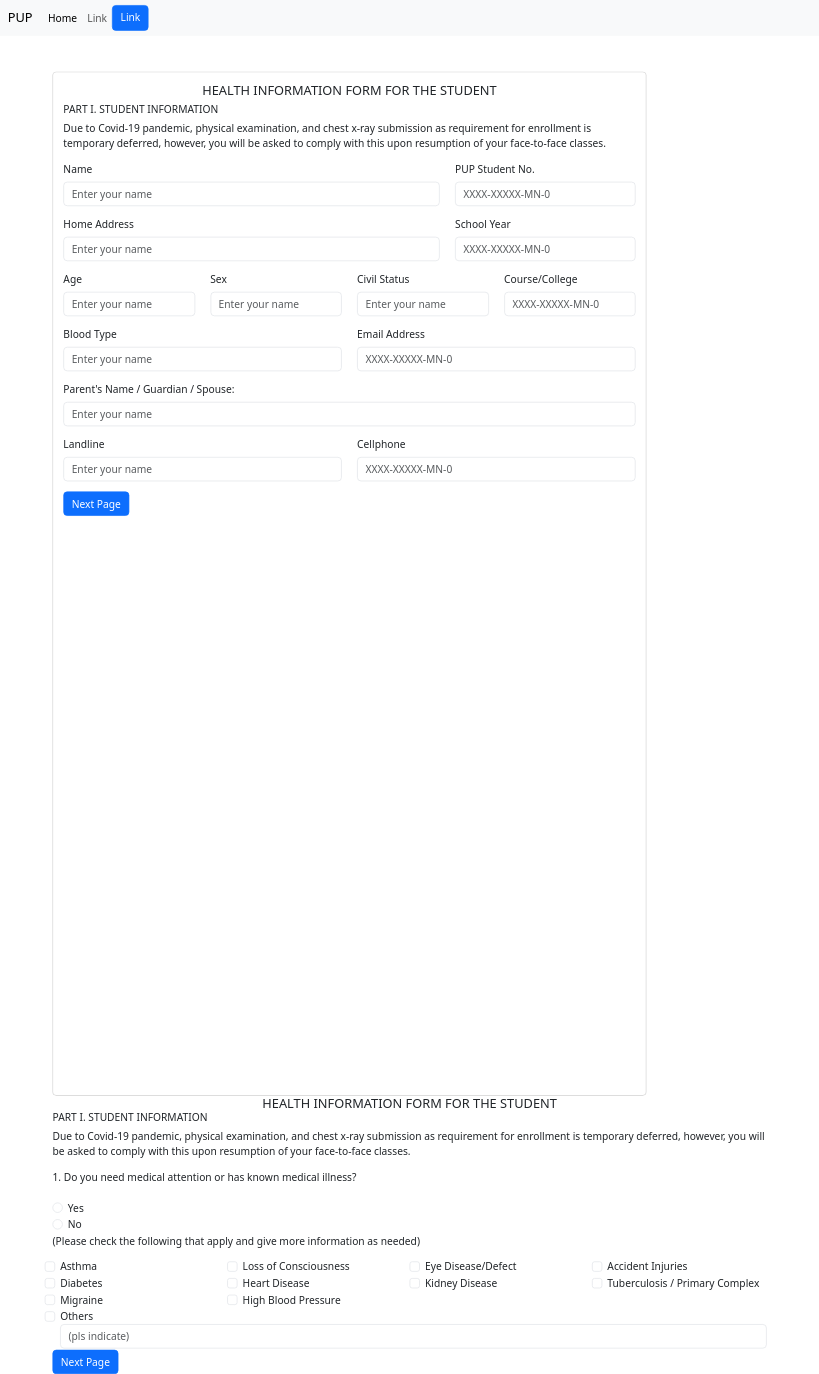
Repository: Nicktacku/webdev
Page: form.html
These files come from the project's save history. The page is drawn as it stood at one moment and after the next save; the edit follows.
The browser window is 1280 px wide. The pictures show the whole page, at 64% of full size.

Above is the page before, as saved 2024-07-15 18:41:49.

### form.html
<!DOCTYPE html>
<html lang="en">
  <head>
    <meta charset="UTF-8" />
    <meta name="viewport" content="width=device-width, initial-scale=1.0" />
    <title>Document</title>
    <link
      href="https://cdn.jsdelivr.net/npm/bootstrap@5.3.3/dist/css/bootstrap.min.css"
      rel="stylesheet"
      integrity="sha384-QWTKZyjpPEjISv5WaRU9OFeRpok6YctnYmDr5pNlyT2bRjXh0JMhjY6hW+ALEwIH"
      crossorigin="anonymous"
    />
  </head>
  <body>
    <!-- Navbar -->
    <nav class="navbar navbar-expand-lg bg-body-tertiary">
        <div class="container-fluid">
          <a class="navbar-brand" href="#">PUP</a>
          <button
            class="navbar-toggler"
            type="button"
            data-bs-toggle="collapse"
            data-bs-target="#navbarSupportedContent"
            aria-controls="navbarSupportedContent"
            aria-expanded="false"
            aria-label="Toggle navigation"
          >
            <span class="navbar-toggler-icon"></span>
          </button>
          <div class="collapse navbar-collapse" id="navbarSupportedContent">
            <ul class="navbar-nav me-auto mb-2 mb-lg-0">
              <li class="nav-item">
                <a class="nav-link active" aria-current="page" href="#">Home</a>
              </li>
              <li class="nav-item">
                <a class="nav-link" href="#">Link</a>
              </li>

              <a class="btn btn-primary" href="form.html" role="button">Link</a>
          </div>
        </div>
      </nav>

    <div
      class="container mt-2 pt-5"
    >


    <div class="card" style="width: 58rem; height: 100rem">

        <!-- section 1 -->
        <div class="card-body" id="section-1">
          <h5 class="card-title d-flex justify-content-center">HEALTH INFORMATION FORM FOR THE STUDENT</h5>
          <h6 class="card-text">PART I. STUDENT INFORMATION</h6>
          <p class="card-text">Due to Covid-19 pandemic, physical examination, and chest x-ray submission as requirement for enrollment is
            temporary deferred, however, you will be asked to comply with this upon resumption of your face-to-face classes.</p>

            <div class="row">
                <div class="col-8">
                    <div class="mb-3">
                        <label for="name" class="form-label">Name</label>
                        <input type="text" class="form-control" id="name-input" placeholder="Enter your name">
                      </div>
                </div>
                <div class="col">
                    <div class="mb-3">
                        <label for="name" class="form-label">PUP Student No.</label>
                        <input type="text" class="form-control" id="name-input" placeholder="XXXX-XXXXX-MN-0">
                      </div>
                </div>
            </div>

            <div class="row">
                <div class="col-8">
                    <div class="mb-3">
                        <label for="name" class="form-label">Home Address</label>
                        <input type="text" class="form-control" id="name-input" placeholder="Enter your name">
                      </div>
                </div>
                <div class="col">
                    <div class="mb-3">
                        <label for="name" class="form-label">School Year</label>
                        <input type="text" class="form-control" id="name-input" placeholder="XXXX-XXXXX-MN-0">
                      </div>
                </div>
            </div>

            <div class="row">
                <div class="col-3">
                    <div class="mb-3">
                        <label for="name" class="form-label">Age</label>
                        <input type="text" class="form-control" id="name-input" placeholder="Enter your name">
                      </div>
                </div>
                <div class="col-3">
                    <div class="mb-3">
                        <label for="name" class="form-label">Sex</label>
                        <input type="text" class="form-control" id="name-input" placeholder="Enter your name">
                      </div>
                </div>
                <div class="col-3">
                    <div class="mb-3">
                        <label for="name" class="form-label">Civil Status</label>
                        <input type="text" class="form-control" id="name-input" placeholder="Enter your name">
                      </div>
                </div>
                <div class="col">
                    <div class="mb-3">
                        <label for="name" class="form-label">Course/College</label>
                        <input type="text" class="form-control" id="name-input" placeholder="XXXX-XXXXX-MN-0">
                      </div>
                </div>
            </div>

            <div class="row">
                <div class="col-6">
                    <div class="mb-3">
                        <label for="name" class="form-label">Blood Type</label>
                        <input type="text" class="form-control" id="name-input" placeholder="Enter your name">
                      </div>
                </div>
                <div class="col">
                    <div class="mb-3">
                        <label for="name" class="form-label">Email Address</label>
                        <input type="text" class="form-control" id="name-input" placeholder="XXXX-XXXXX-MN-0">
                      </div>
                </div>
            </div>

            <div class="row">
                <div class="col">
                    <div class="mb-3">
                        <label for="name" class="form-label">Parent's Name / Guardian / Spouse:</label>
                        <input type="text" class="form-control" id="name-input" placeholder="Enter your name">
                      </div>
                </div>
            </div>

            <div class="row">
                <div class="col-6">
                    <div class="mb-3">
                        <label for="name" class="form-label">Landline</label>
                        <input type="text" class="form-control" id="name-input" placeholder="Enter your name">
                      </div>
                </div>
                <div class="col">
                    <div class="mb-3">
                        <label for="name" class="form-label">Cellphone</label>
                        <input type="text" class="form-control" id="name-input" placeholder="XXXX-XXXXX-MN-0">
                      </div>
                </div>
            </div>

          <a href="#" class="btn btn-primary">Next Page</a>
        </div>
      </div>

      <!-- Section 2 -->
      <div class="card-body" id="section-2">
        <h5 class="card-title d-flex justify-content-center">HEALTH INFORMATION FORM FOR THE STUDENT</h5>
        <h6 class="card-text">PART I. STUDENT INFORMATION</h6>
        <p class="card-text">Due to Covid-19 pandemic, physical examination, and chest x-ray submission as requirement for enrollment is
          temporary deferred, however, you will be asked to comply with this upon resumption of your face-to-face classes.</p>

          <div class="row">
            <div class="col">
                <div class="mb-3">
                    <label for="name" class="form-label">1. Do you need medical attention or has known medical illness?</label>
                </div>
                <div class="form-check">
                    <input class="form-check-input" type="radio" name="flexRadioDefault" id="flexRadioDefault1">
                    <label class="form-check-label" for="flexRadioDefault1">
                      Yes
                    </label>
                  </div>
                  <div class="form-check">
                    <input class="form-check-input" type="radio" name="flexRadioDefault" id="flexRadioDefault2">
                    <label class="form-check-label" for="flexRadioDefault2">
                      No
                    </label>
                  </div>

                  <div class="row">
                    <p class="col-12">(Please check the following that apply and give more information as needed)</p>
                    <div class="form-check col-3">
                        <input class="form-check-input" type="checkbox" value="" id="flexCheckDefault">
                        <label class="form-check-label" for="flexCheckDefault">
                          Asthma
                    </label>
                    </div>
                    <div class="form-check col-3">
                        <input class="form-check-input" type="checkbox" value="" id="flexCheckDefault">
                        <label class="form-check-label" for="flexCheckDefault">
                            Loss of Consciousness
                    </label>
                    </div>
                    <div class="form-check col-3">
                        <input class="form-check-input" type="checkbox" value="" id="flexCheckDefault">
                        <label class="form-check-label" for="flexCheckDefault">
                            Eye Disease/Defect
                    </label>
                    </div>
                    <div class="form-check col-3">
                        <input class="form-check-input" type="checkbox" value="" id="flexCheckDefault">
                        <label class="form-check-label" for="flexCheckDefault">
                            Accident Injuries
                    </label>
                    </div>
                    <div class="form-check col-3">
                        <input class="form-check-input" type="checkbox" value="" id="flexCheckDefault">
                        <label class="form-check-label" for="flexCheckDefault">
                            Diabetes
                    </label>
                    </div>
                    <div class="form-check col-3">
                        <input class="form-check-input" type="checkbox" value="" id="flexCheckDefault">
                        <label class="form-check-label" for="flexCheckDefault">
                            Heart Disease
                    </label>
                    </div>
                    <div class="form-check col-3">
                        <input class="form-check-input" type="checkbox" value="" id="flexCheckDefault">
                        <label class="form-check-label" for="flexCheckDefault">
                            Kidney Disease
                    </label>
                    </div>
                    <div class="form-check col-3">
                        <input class="form-check-input" type="checkbox" value="" id="flexCheckDefault">
                        <label class="form-check-label" for="flexCheckDefault">
                            Tuberculosis / Primary Complex
                    </label>
                    </div>
                    <div class="form-check col-3">
                        <input class="form-check-input" type="checkbox" value="" id="flexCheckDefault">
                        <label class="form-check-label" for="flexCheckDefault">
                            Migraine
                    </label>
                    </div>
                    <div class="form-check col-3">
                        <input class="form-check-input" type="checkbox" value="" id="flexCheckDefault">
                        <label class="form-check-label" for="flexCheckDefault">
                            High Blood Pressure
                    </label>
                    </div>
                    <div class="form-check col-12">
                        <input class="form-check-input" type="checkbox" value="" id="flexCheckDefault">
                        <label class="form-check-label" for="flexCheckDefault">
                            Others
                        </label>
                        <input type="text" class="form-control" id="name-input" placeholder="(pls indicate)">
                    </div>
                  </div>
            </div>
          </div>

        <a href="#" class="btn btn-primary">Next Page</a>
      </div>
    </div>


    <script
      src="https://cdn.jsdelivr.net/npm/bootstrap@5.3.3/dist/js/bootstrap.bundle.min.js"
      integrity="sha384-YvpcrYf0tY3lHB60NNkmXc5s9fDVZLESaAA55NDzOxhy9GkcIdslK1eN7N6jIeHz"
      crossorigin="anonymous"
    ></script>
  </body>
</html>

After the next save:
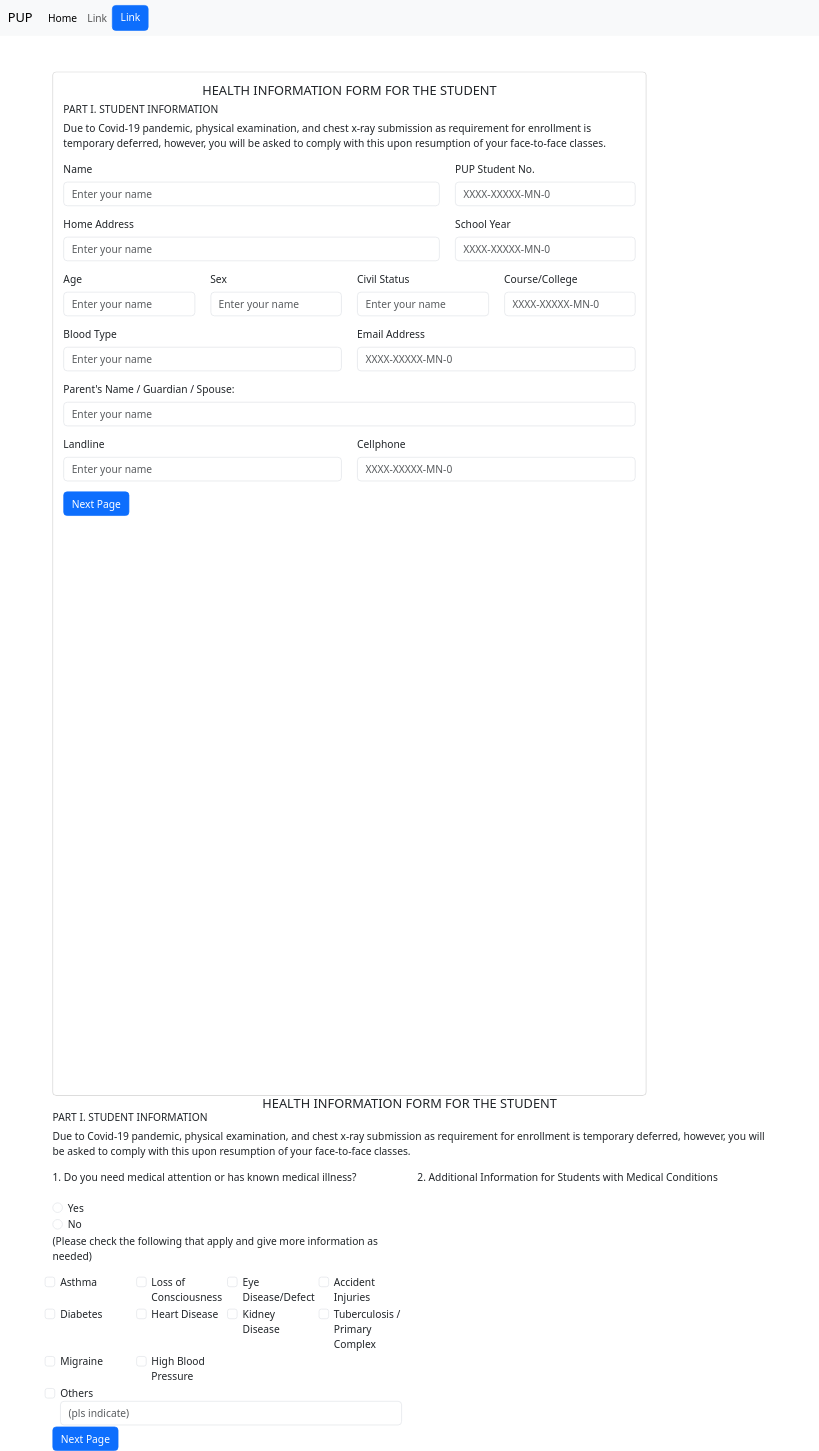
Saved 8 min 30 s later.
--- a/form.html
+++ b/form.html
@@ -251,6 +251,9 @@
                     </div>
                   </div>
             </div>
+            <div class="col">
+                <p>2. Additional Information for Students with Medical Conditions</p>
+            </div>
           </div>
 
         <a href="#" class="btn btn-primary">Next Page</a>
